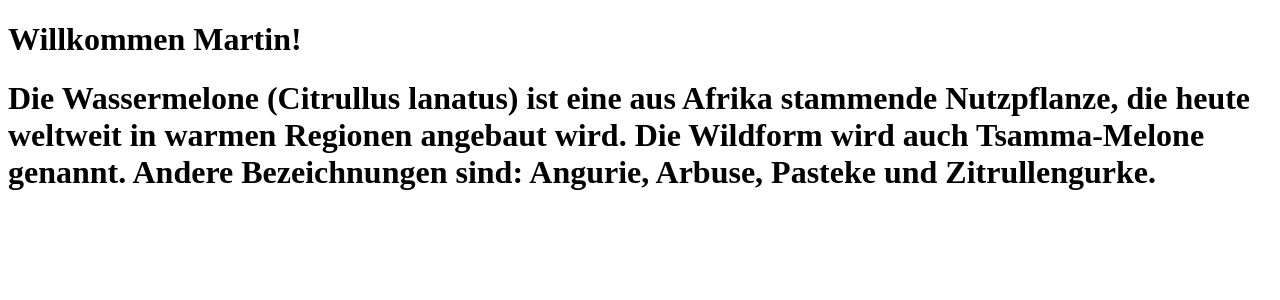
Repository: martinschatz/LoginPage
Page: INFI-Holz/Beispiel1/WebContent/Welcome.html
These files come from the project's save history. The page is drawn as it stood at one moment and after the next save; the edit follows.
The browser window is 1280 px wide. The pictures show the whole page.

Above is the page before, as saved 2018-09-26 11:55:46.

### INFI-Holz/Beispiel1/WebContent/Welcome.html
<!DOCTYPE html>
<html>
<head>
<meta charset="ISO-8859-1">
<title>Welcome</title>
</head>
<body>
<h1>Willkommen Martin!</h1>
<h1>Die Wassermelone (Citrullus lanatus) ist eine aus Afrika stammende Nutzpflanze, die heute weltweit in warmen Regionen angebaut wird. Die Wildform wird auch Tsamma-Melone genannt. Andere Bezeichnungen sind: Angurie, Arbuse, Pasteke und Zitrullengurke.</h1>
</body>
</html>

After the next save:
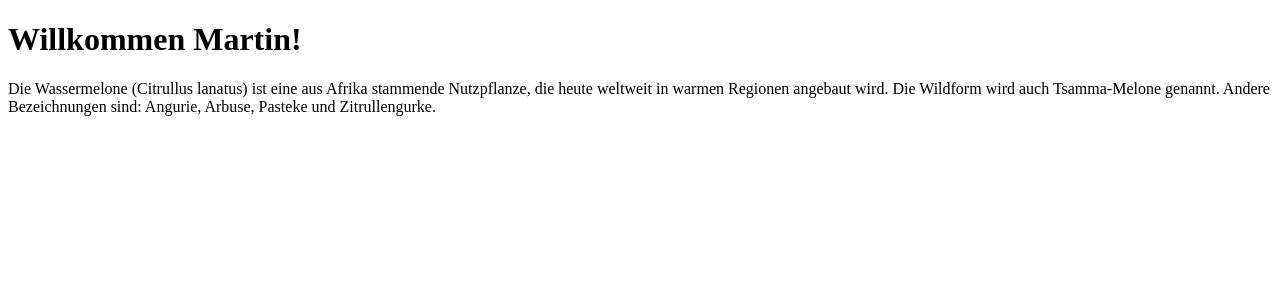
Saved 43 s later.
--- a/INFI-Holz/Beispiel1/WebContent/Welcome.html
+++ b/INFI-Holz/Beispiel1/WebContent/Welcome.html
@@ -6,6 +6,6 @@
 </head>
 <body>
 <h1>Willkommen Martin!</h1>
-<h1>Die Wassermelone (Citrullus lanatus) ist eine aus Afrika stammende Nutzpflanze, die heute weltweit in warmen Regionen angebaut wird. Die Wildform wird auch Tsamma-Melone genannt. Andere Bezeichnungen sind: Angurie, Arbuse, Pasteke und Zitrullengurke.</h1>
+<p>Die Wassermelone (Citrullus lanatus) ist eine aus Afrika stammende Nutzpflanze, die heute weltweit in warmen Regionen angebaut wird. Die Wildform wird auch Tsamma-Melone genannt. Andere Bezeichnungen sind: Angurie, Arbuse, Pasteke und Zitrullengurke.</p>
 </body>
 </html>
